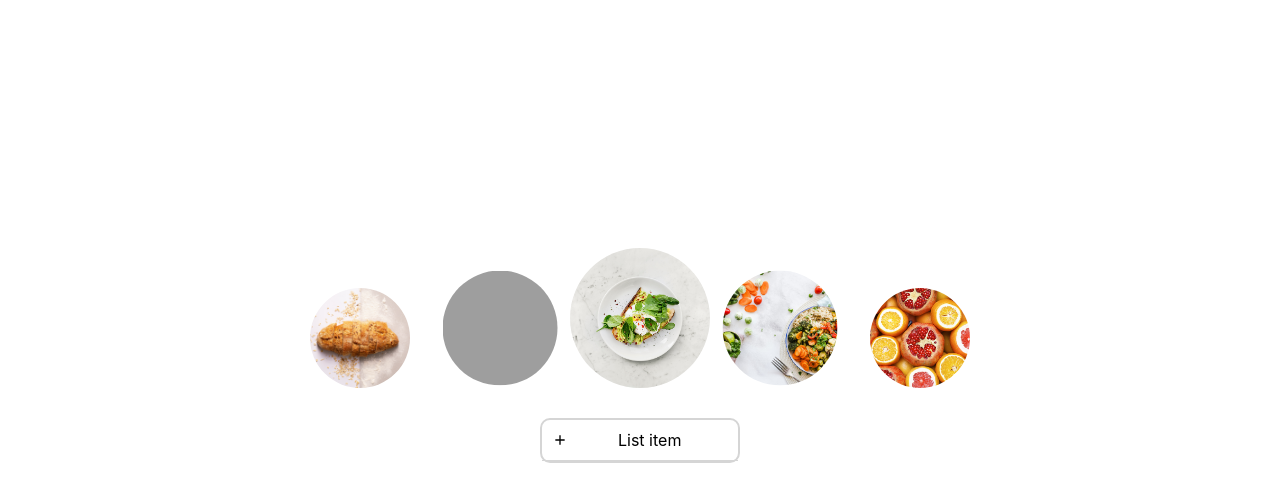
Repository: nambui98/slider
Page: /
An editor plug-in stored every save of this project. The page is shown before and after the next save, followed by the edit.
The browser window is 1280 px wide. The pictures show the whole page.
Pictures or frames that could not be fetched are drawn as grey boxes. The project was rebuilt for these pictures with package versions that can differ from the ones it lists, and the page was loaded fresh each time. Also part of the build but not shown: vite.config.ts.

Above is the page before, as saved 2022-04-12 14:36:52.

### src/App.tsx
import { useState } from 'react'
import Horizolsider from './components/horizolslider/Horizolsider'
import logo from './logo.svg'
import './App.css'
import "slick-carousel/slick/slick.css";
import "slick-carousel/slick/slick-theme.css";
import image1 from './assets/images/pexels-daria-shevtsova-1095550.jpg'
import styled from 'styled-components';

function App() {
  const [count, setCount] = useState(0)
  const Item = styled.div`
    /* height: 150px; */
    margin-top: 50px;
    transition: all .3s;
    position: relative;
    img{
        object-fit: cover;
        margin: 0 auto;
        /* width: 100px;
        height: 100px; */
        width: 100px;
        height: 100px;
        border-radius: 50%;
        transition: all .3s;
    }
    /* .info{
        position: absolute;
    } */
    &.active{
        /* width: 150px;
        height: 100px; */
        /* height: 200px; */
        margin-top: 30px;
        img{

            /* width: 100%; */
            transform: scale(1.4)
        }
        .info{
            visibility: visible;
            transform: translateY(0px);
        }
    }
    &.near{
        /* width: 150px;
        height: 100px; */
        /* height: 200px; */
        margin-top: 40px;
        img{

            /* width: 100%; */
            transform: scale(1.15)
        }


    }
`
  return (
    <div className="App">
      <Horizolsider>
        {/* <ul>

          {

            [...Array(10).keys()].map((i, index) =>
              <li>

                <Item>
                  <img src={image1} alt="" />

                  <div className={`info `}>info
                  </div>
                </Item>
              </li>

            )
          }
        </ul> */}
      </Horizolsider>
    </div>
  )
}

export default App

### src/components/horizolslider/Horizolsider.tsx
import React, { useEffect, useRef, useState } from 'react'
import styled from 'styled-components'
import Slider from "react-slick";
import image1 from '../../assets/images/pexels-daria-shevtsova-1095550.jpg'
import image2 from '../../assets/images/pexels-ella-olsson-1640777.jpg'
import image3 from '../../assets/images/pexels-engin-akyurt-1435735.jpg'
import image4 from '../../assets/images/pexels-lisa-fotios-1279330.jpg'
import image5 from '../../assets/images/pexels-mariana-kurnyk-1775043.jpg'
import image6 from '../../assets/images/pexels-tijana-drndarski-3338681.jpg'

import { BiBasket, BiPlus } from "react-icons/bi";
type Props = {
    children: any
}
const listItem = [
    {
        id: 1,
        image: image1,
        info: [
            "Lorem ipsum dolor sit amet Soluta",
            "consectetur adipisicing elit. ",
            "veritatis tenetur.",
            "veritatis tenetur."
        ],
    },
    {
        id: 2,
        image: image2,
        info: [
            "1",
            "2"
        ],
    },
    {
        id: 3,
        image: image3,
        info: [
            "1",
            "2"
        ],
    },
    {
        id: 4,
        image: image4,
        info: [
            "1",
            "2"
        ],
    },
    {
        id: 5,
        image: image5,
        info: [
            "1",
            "2"
        ],
    }
    , {
        id: 6,
        image: image6,
        info: [
            "1",
            "2"
        ],
    }
]
const Wrapper = styled.div`
    width: 700px;

`
const Item = styled.div`
    /* height: 150px; */
    margin-top: 50px;
    transition: all .3s;
    position: relative;
    cursor: pointer;
    img{
        object-fit: cover;
        margin: 0 auto;
        /* width: 100px;
        height: 100px; */
        width: 100px;
        height: 100px;
        border-radius: 50%;
        transition: all .3s;
    }
    .info{
        width: 200px;
        border: 2px solid #d5d5d5;
        border-radius: 10px;
        /* height: 200px; */
        transition: transform 1000s;
        visibility: hidden;
        margin-top: 50px;
        margin-left: -30px;

        ul{
            list-style: none;
            max-height: 150px;
            overflow-y: auto;

            p{
                padding: 10px;
            }
            li{
                padding: 10px;
                border-bottom: 1px solid #d5d5d5;

            }
        }
        &__title{
            display: flex;
            text-align: center;
            align-items: center;
            padding: 10px;
            border-bottom: 1px solid #d5d5d5;
            svg{
                margin-right: 50px;
            }
        }
    }
    &.active{
        margin-top: 30px;
        img{
            transform: scale(1.4)
        }
        .info{
            visibility: visible;
            transform: translateY(0px);
        }
    }
    &.near{
        margin-top: 40px;
        img{
            transform: scale(1.15)
        }


    }
`
const Horizolsider = (props: Props) => {
    const [activeIndex, setActiveIndex] = useState<number>(0);
    const [showInfo, setShowInfo] = useState<boolean>(false);
    const settings = {
        className: "listItem",
        dots: false,
        infinite: true,
        speed: 500,
        slidesToShow: 5,
        slidesToScroll: 1,
        centerMode: true,
        focusOnSelect: true,
        centerPadding: '0px',
        beforeChange: (current: any, next: any) => {
            setActiveIndex(next)
            if (current !== next) {

                setShowInfo(false)
                debugger
            }
            // setShowInfo(false)
        },
        afterChange: (index: any) => {
            // setActiveIndex(next)
        },
    };

    return (
        <div style={{ display: "flex", height: "100vh", flexDirection: "column", justifyContent: "center", alignItems: "center" }}>
            <Wrapper>
                <Slider {...settings}>
                    {
                        listItem.map((item, index) =>
                            <Item className={`${index === activeIndex ? "active" : (activeIndex - index) === 1 || (index - activeIndex) === 1 || (index - activeIndex) + 1 === listItem.length || (index - activeIndex) === -(listItem.length - 1) ? "near" : ""}`}>
                                <img src={item.image} alt="" />

                                <div className={`info ${activeIndex === index && "active"}`}>
                                    <div className='info__title' onClick={() => {
                                        setShowInfo(!showInfo)
                                        debugger
                                    }}><BiPlus /> List item</div>
                                    {
                                        showInfo ?
                                            <ul>
                                                {
                                                    item.info.map(i => <li>
                                                        {i}
                                                    </li>)
                                                }

                                            </ul>
                                            : ""
                                    }
                                </div>
                            </Item>
                        )
                    }
                </Slider>
            </Wrapper>
        </div >
    )
}
export default Horizolsider

### src/App.css
*{
  padding: 0;
  margin: 0;
  box-sizing: border-box;
}


/* ul{
  display: flex;
  justify-content: start;
  width: 700px;
  overflow-x: scroll;
  list-style: none;
}
ul li{
  width: 20%;
} */

Loaded but not shown: index.html (common file); src/main.tsx (common file); src/index.css (common file)

After the next save:
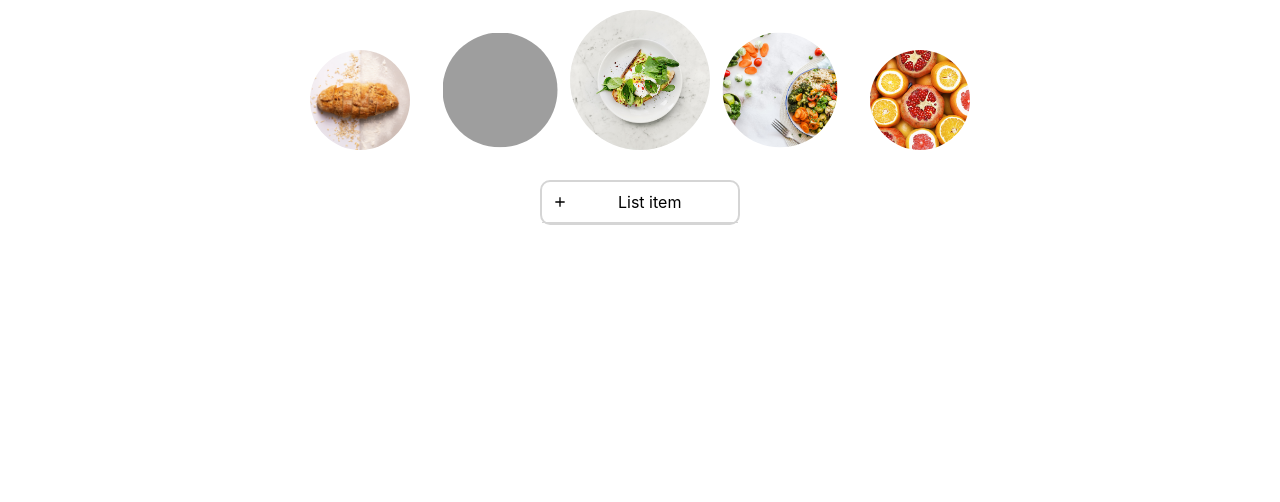
Saved 41 s later.
--- a/src/components/horizolslider/Horizolsider.tsx
+++ b/src/components/horizolslider/Horizolsider.tsx
@@ -166,7 +166,7 @@ const Horizolsider = (props: Props) => {
     };
 
     return (
-        <div style={{ display: "flex", height: "100vh", flexDirection: "column", justifyContent: "center", alignItems: "center" }}>
+        <div style={{ display: "flex", height: "100vh", flexDirection: "column", alignItems: "center" }}>
             <Wrapper>
                 <Slider {...settings}>
                     {
